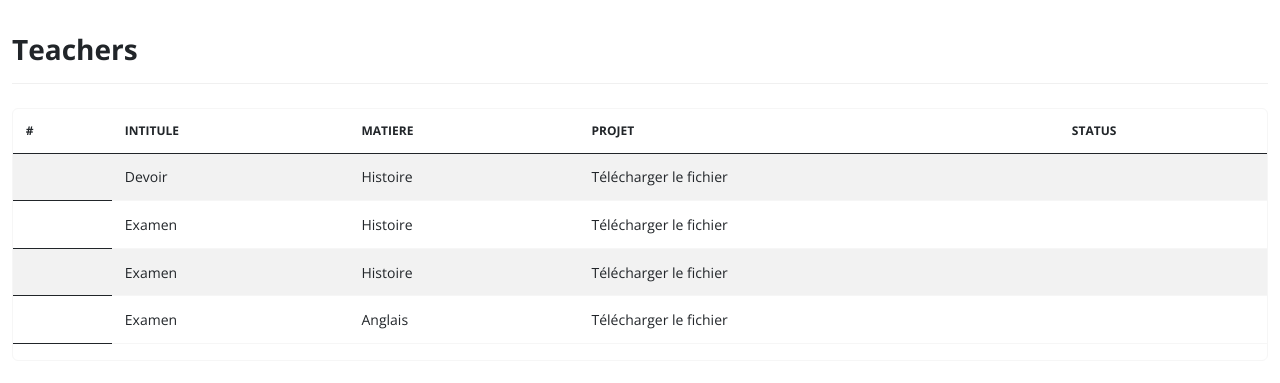
Repository: dimitri0004/Moodle
Page: http://localhost/enseignant/projet/
These files come from the project's save history. The page is drawn as it stood at one moment and after the next save; the edit follows.
The browser window is 1280 px wide. The pictures show the whole page.
The page is served by the project's application, run on Django 4.2 (manage.py). Other server files are loaded and not shown. The database holds what the project's SQL file puts in it.

Above is the page before, as saved 2023-08-18 00:48:52.
Console error: TypeError: Cannot set properties of null (setting 'innerHTML')

### templates/Enseignant/index.html
{% extends "base.html" %}
{% block content %}

<div class="body d-flex py-lg-3 py-md-2">
    <div class="container-xxl">
        <div class="row">
            <div class="col-md-12">
                <div class="card border-0 mb-4 no-bg">
                    <div class="card-header py-3 px-0 d-flex align-items-center  justify-content-between border-bottom">
                        <h3 class=" fw-bold flex-fill mb-0">Teachers</h3>
                        <div class="dropdown px-2">
                            <button class="btn btn-primary dropdown-toggle" type="button" id="dropdownMenuButton1" data-bs-toggle="dropdown" aria-expanded="false">
                                Subject
                            </button>
                            <ul class="dropdown-menu  dropdown-menu-end" aria-labelledby="dropdownMenuButton1">
                              <li><a class="dropdown-item" href="#">Engineering</a></li>
                              <li><a class="dropdown-item" href="#">Power and Energy</a></li>
                              <li><a class="dropdown-item" href="#">Civil Law</a></li>
                              <li><a class="dropdown-item" href="#">Legal Advice</a></li>
                              <li><a class="dropdown-item" href="#">Health and Fitness</a></li>
                              <li><a class="dropdown-item" href="#">Hospitality</a></li>
                              <li><a class="dropdown-item" href="#">Aviation</a></li>
                              <li><a class="dropdown-item" href="#">Drawing</a></li>
                            </ul>
                        </div>
                        <div class="dropdown">
                            <button class="btn btn-primary dropdown-toggle" type="button" id="dropdownMenuButton2" data-bs-toggle="dropdown" aria-expanded="false">
                                Status
                            </button>
                            <ul class="dropdown-menu  dropdown-menu-end" aria-labelledby="dropdownMenuButton1">
                              <li><a class="dropdown-item" href="#">All</a></li>
                              <li><a class="dropdown-item" href="#">online</a></li>
                              <li><a class="dropdown-item" href="#">Popular</a></li>
                            </ul>
                        </div>
                    </div>
                </div>
            </div>
        </div>
        <div class="">
            <div class="col">
                <div class="card teacher-card">

                    <table class="table table-striped">
                        <thead>
                          <tr>
                            <th scope="col">#</th>
                            <th scope="col">Intitule</th>
                            <th scope="col">Matiere</th>
                            <th scope="col">Projet</th>
                            <th scope="col">Status</th>
                          </tr>
                        </thead>
                        <tbody>
                            {% for projet in Projets %}
                            <tr>
                                <th scope="row">{{ loop.index  }}</th>
                                <td>{{ projet.intitule }}</td>
                                <td>{{ projet.matiere }}</td>
                                <td><a href="{{ projet.fichier.url }}" download>Télécharger le fichier</a>
                                <td>{{ projet.status }}</td>
                              </tr>
                            {% endfor %}


                        </tbody>
                      </table>

            </div>
        </div>
    </div>
</div>

<!-- Modal Members-->
<div class="modal fade" id="addUser" tabindex="-1" aria-labelledby="addUserLabel" aria-hidden="true">
    <div class="modal-dialog modal-dialog-centered modal-lg">
    <div class="modal-content">
        <div class="modal-header">
            <h5 class="modal-title  fw-bold" id="addUserLabel">Invite Friend's</h5>
            <button type="button" class="btn-close" data-bs-dismiss="modal" aria-label="Close"></button>
        </div>
        <div class="modal-body">
            <div class="inviteby_email">
                <div class="input-group mb-3">
                    <input type="text" class="form-control" placeholder="Members Invite" aria-label="Recipient's username" aria-describedby="button-addon2">
                    <button class="btn btn-dark" type="button" id="button-addon2">Members Invite</button>
                </div>
            </div>
            <div class="members_list">
                <h6 class="fw-bold ">Members of e-Learn</h6>
                <ul class="list-unstyled list-group list-group-custom list-group-flush mb-0">

                </ul>
            </div>
        </div>
    </div>
    </div>
</div>

{% endblock %}

### templates/base.html
{% load static %}
<!DOCTYPE html>
<html lang="en">
<head>
    <meta charset="UTF-8">
    <meta name="viewport" content="width=device-width, initial-scale=1.0">
    <title>Document</title>

    <link rel="icon" href="favicon.ico" type="image/x-icon"> <!-- Favicon-->

    <!-- plugin css file  -->
    <link rel="stylesheet" href="{% static 'assets/css/carousel.min.css' %}" />
    <!-- project css file  -->
    <link rel="stylesheet" href="{% static 'assets/css/e-learn.style.min.css' %}">
    <!-- Google Code  -->
    <script async src="https://www.googletagmanager.com/gtag/js?id=UA-264428387-1"></script>
    <script>
      window.dataLayer = window.dataLayer || [];
      function gtag(){dataLayer.push(arguments);}
      gtag('js', new Date());

      gtag('config', 'UA-264428387-1');
    </script>

    <script src="{% static 'assets/bundles/libscripts.bundle.js' %}"></script>

    <!-- Plugin Js-->
    <script src="{% static 'assets/bundles/carousel.bundle.js' %}"></script>
    <script src="{% static 'assets/bundles/apexcharts.bundle.js' %}"></script>

    <!-- Jquery Page Js -->
    <script src="{% static 'js/template.js' %}"></script>
    <script src="{% static 'js/page/elearn-index.js' %}"></script>
</head>
<body>
   {% if user.is_authenticated %}

    {% include "_partiels/nav.html" %}
   {% endif %}


    {% block content %}{% endblock %}
</body>
</html>

### AppEcole/models.py
from django.db import models
from django.contrib.auth.models import AbstractUser
class User(AbstractUser):
    ETUDIANT= " ETUDIANT"
    ENSEIGNANT="ENSEIGNANT"
    ADMINISTRATEUR=" ADMINISTRATEUR"

    ROLE_CHOICES = (
        ('ETUDIANT', 'Etudiant'),
        ('ENSEIGNANT', 'Enseignant'),
        ('ADMINISTRATEUR', 'Administrateur'),
    )

    role = models.CharField(max_length=30, choices=ROLE_CHOICES, verbose_name='Rôle')
    birthdate = models.DateField(null=True, blank=False)
    identifiant = models.CharField(max_length=20, null=True, blank=False)

    def __str__(self):
        return self.username

class Devoir(models.Model):

    STATUT_CHOICES = [
        ('en_cours', 'En cours'),
        ('soumis', 'Soumis'),
        ('corrigé', 'Corrige'),
        ('traité', 'Traite'),
        ('archivé', 'Archivé'),
    ]
    intitule=models.CharField(max_length=255)
    matiere=models.CharField(max_length=255)
    statut = models.CharField(max_length=20, choices=STATUT_CHOICES)
    projet = models.FileField(upload_to='projets')

    def __str__(self):
        return self.intitule


# Create your models here.

### AppEcole/views.py
from django.shortcuts import render,redirect
from django.core.validators import validate_email
from django.contrib.auth.models import User
from django.db.models import Q
from django.contrib.auth.decorators import login_required
from django.contrib.auth import authenticate, login, logout
from .forms import ProjetForm
from django.contrib.auth import get_user_model
from .models import Devoir

def index(request):
    return render(request,'index.html')

def inscription(request):
    error = False
    message = ""

    if request.method == "POST":
        username = request.POST.get('username')
        email = request.POST.get('email')
        nom = request.POST.get('nom')
        prenom = request.POST.get('prenom')
        password = request.POST.get('password')
        confirmePassword = request.POST.get('confirmePassword')
        role = request.POST.get('role')
        identifiant = request.POST.get('identifiant')
        date = request.POST.get('date')# Récupérer le rôle du formulaire

        try:
            validate_email(email)
        except:
            error = True
            message = "Entrer un email valide svp"

        User = get_user_model()  # Obtenir le modèle utilisateur personnalisé

        user = User.objects.filter(Q(email=email) | Q(username=username)).first()
        if user:
            error = True
            message = f"L'email {email} ou le nom d'utilisateur {nom} est déjà utilisé par un utilisateur"

        if password != confirmePassword:
            error = True
            message = "Les deux mots de passe ne sont pas identiques"

        if error == False:
            user = User(

                username=username,
                email=email,
                last_name=nom,
                first_name=prenom,
                identifiant=identifiant,
                role=role,
                birthdate=date# Enregistrer le rôle dans le modèle
            )
            user.set_password(password)
            user.save()
            return redirect('acceuil')

    context = {
        'error': error,
        'message': message
    }
    return render(request, 'Utilisateur/inscription.html', context)

def connexion(request):
    error=False
    message=""
    if request.method=="POST":

        email=request.POST.get('email', None)
        password=request.POST.get('password', None)

        User = get_user_model()
        user=User.objects.filter(email=email).first()
        if user:
            user=authenticate(username=user.username, password=password)
            if user:
                login(request, user)
                return redirect('acceuil')
            else:
                error=True
                message="mot de passe  incorrecte"
        else:
            error=True
            message="l'utilisateur n'existe pas"
    return render(request, 'Utilisateur/connexion.html', {'error':error, 'message':message})

def ajouter_projet(request):
    if request.method == 'POST':
        form = ProjetForm(request.POST, request.FILES)
        if form.is_valid():
            form.save()
            return redirect('ajouter_projet')  # Rediriger vers la liste des projets
    else:
        form = ProjetForm()

    context = {'form': form}
    return render(request, 'Enseignant/projet.html', context)

def liste_projets(request):
    projets = Devoir.objects.all()
    return render(request, 'Enseignant/index.html', {'Projets': projets})


def deconnexion(request):
    logout(request)
    return redirect('login')
# Create your views here.

### MoodleProject/urls.py
"""
URL configuration for MoodleProject project.

The `urlpatterns` list routes URLs to views. For more information please see:
    https://docs.djangoproject.com/en/4.2/topics/http/urls/
Examples:
Function views
    1. Add an import:  from my_app import views
    2. Add a URL to urlpatterns:  path('', views.home, name='home')
Class-based views
    1. Add an import:  from other_app.views import Home
    2. Add a URL to urlpatterns:  path('', Home.as_view(), name='home')
Including another URLconf
    1. Import the include() function: from django.urls import include, path
    2. Add a URL to urlpatterns:  path('blog/', include('blog.urls'))
"""
from django.contrib import admin
from django.urls import path,include
from django.conf import settings
from django.conf.urls.static import static


urlpatterns = [
    path('admin/', admin.site.urls),
    path('', include('AppEcole.urls')),
]
if settings.DEBUG:
    urlpatterns += static(settings.MEDIA_URL,
    document_root=settings.MEDIA_ROOT)

### AppEcole/urls.py
from django.urls import path
from .views import index, inscription, connexion,ajouter_projet,deconnexion,liste_projets
urlpatterns = [
    path('acceuil', index, name='acceuil'),
    path('inscription/', inscription, name='register'),
    path('', connexion, name='login'),
    path('deconnexion/', deconnexion, name='logout'),
    path('enseignant/projet/ajouter', ajouter_projet, name='ajouter_projet'),
    path('enseignant/projet/', liste_projets, name='liste_projet'),


]

### static/assets/css/carousel.min.css
.owl-carousel,.owl-carousel .owl-item{-webkit-tap-highlight-color:transparent;position:relative}.owl-carousel{display:none;width:100%;z-index:1}.owl-carousel .owl-stage{position:relative;-ms-touch-action:pan-Y;-moz-backface-visibility:hidden}.owl-carousel .owl-stage:after{content:".";display:block;clear:both;visibility:hidden;line-height:0;height:0}.owl-carousel .owl-stage-outer{position:relative;overflow:hidden;-webkit-transform:translate3d(0, 0, 0)}.owl-carousel .owl-item,.owl-carousel .owl-wrapper{-webkit-backface-visibility:hidden;-moz-backface-visibility:hidden;-ms-backface-visibility:hidden;-webkit-transform:translate3d(0, 0, 0);-moz-transform:translate3d(0, 0, 0);-ms-transform:translate3d(0, 0, 0)}.owl-carousel .owl-item{min-height:1px;float:left;-webkit-backface-visibility:hidden;-webkit-touch-callout:none}.owl-carousel .owl-item img{display:block;width:100%}.owl-carousel .owl-dots.disabled,.owl-carousel .owl-nav.disabled{display:none}.no-js .owl-carousel,.owl-carousel.owl-loaded{display:block}.owl-carousel .owl-dot,.owl-carousel .owl-nav .owl-next,.owl-carousel .owl-nav .owl-prev{cursor:pointer;cursor:hand;-webkit-user-select:none;-khtml-user-select:none;-moz-user-select:none;-ms-user-select:none;user-select:none}.owl-carousel.owl-loading{opacity:0;display:block}.owl-carousel.owl-hidden{opacity:0}.owl-carousel.owl-refresh .owl-item{visibility:hidden}.owl-carousel.owl-drag .owl-item{-webkit-user-select:none;-moz-user-select:none;-ms-user-select:none;user-select:none}.owl-carousel.owl-grab{cursor:move;cursor:grab}.owl-carousel.owl-rtl{direction:rtl}.owl-carousel.owl-rtl .owl-item{float:right}.owl-carousel .animated{animation-duration:1s;animation-fill-mode:both}.owl-carousel .owl-animated-in{z-index:0}.owl-carousel .owl-animated-out{z-index:1}.owl-carousel .fadeOut{animation-name:fadeOut}@keyframes fadeOut{0%{opacity:1}100%{opacity:0}}.owl-height{transition:height .5s ease-in-out}.owl-carousel .owl-item .owl-lazy{opacity:0;transition:opacity .4s ease}.owl-carousel .owl-item img.owl-lazy{transform-style:preserve-3d}.owl-carousel .owl-video-wrapper{position:relative;height:100%;background:#000}.owl-carousel .owl-video-play-icon{position:absolute;height:80px;width:80px;left:50%;top:50%;margin-left:-40px;margin-top:-40px;background:url(owl.video.play.html) no-repeat;cursor:pointer;z-index:1;-webkit-backface-visibility:hidden;transition:transform .1s ease}.owl-carousel .owl-video-play-icon:hover{-ms-transform:scale(1.3, 1.3);transform:scale(1.3, 1.3)}.owl-carousel .owl-video-playing .owl-video-play-icon,.owl-carousel .owl-video-playing .owl-video-tn{display:none}.owl-carousel .owl-video-tn{opacity:0;height:100%;background-position:center center;background-repeat:no-repeat;background-size:contain;transition:opacity .4s ease}.owl-carousel .owl-video-frame{position:relative;z-index:1;height:100%;width:100%}

### static/js/template.js
if (typeof jQuery === "undefined") {
    throw new Error("jQuery plugins need to be before this file");
}

$(function() {
    "use strict";

    // main sidebar toggle js
    $('.menu-toggle').on('click', function () {
        $('.sidebar').toggleClass('open');
        $('.open').removeClass('sidebar-mini');
    });

    // layout a sidebar mini version
    $('.sidebar-mini-btn').on('click', function () {
        $('.sidebar').toggleClass('sidebar-mini');
        $('.sidebar-mini').removeClass('open');
    });

    // chat page chatlist toggle js
    $('.chatlist-toggle').on('click', function () {
        $('.card-chat').toggleClass('open');
    });

    $(".theme-rtl input").on('change',function() {
        if(this.checked) {
            $("body").addClass('rtl_mode');
        }else{
            $("body").removeClass('rtl_mode');
        }

    });

    // cSidebar overflow daynamic height

    overFlowDynamic();

    $(window).resize(function(){
        overFlowDynamic();
    });

    function overFlowDynamic(){
        var sideheight=$(".sidebar.sidebar-mini").height() + 48;

        if(sideheight <= 760) {
            $(".sidebar.sidebar-mini").css( "overflow", "scroll");
        }
        else{
            $(".sidebar.sidebar-mini").css( "overflow", "visible");
        }
    }


    // Dropdown scroll hide using table responsive

    $('.table-responsive').on('show.bs.dropdown', function () {
        $('.table-responsive').css( "overflow", "inherit" );
    });

    $('.table-responsive').on('hide.bs.dropdown', function () {
            $('.table-responsive').css( "overflow", "auto" );
    })

    // light and dark theme setting js
    var toggleSwitch = document.querySelector('.theme-switch input[type="checkbox"]');
    var toggleHcSwitch = document.querySelector('.theme-high-contrast input[type="checkbox"]');
    var currentTheme = localStorage.getItem('theme');
    if (currentTheme) {
        document.documentElement.setAttribute('data-theme', currentTheme);

        if (currentTheme === 'dark') {
            toggleSwitch.checked = true;
        }
        if (currentTheme === 'high-contrast') {
            toggleHcSwitch.checked = true;
            toggleSwitch.checked = false;
        }
    }
    function switchTheme(e) {
        if (e.target.checked) {
            document.documentElement.setAttribute('data-theme', 'dark');
            localStorage.setItem('theme', 'dark');
            $('.theme-high-contrast input[type="checkbox"]').prop("checked", false);
        }
        else {
            document.documentElement.setAttribute('data-theme', 'light');
            localStorage.setItem('theme', 'light');
        }
    }
    toggleSwitch.addEventListener('change', switchTheme, false);
    // end
});

// live support team js
$(function() {
    "use strict";
    var Tawk_API=Tawk_API||{}, Tawk_LoadStart=new Date();
    (function(){
        var s1=document.createElement("script"),s0=document.getElementsByTagName("script")[0];
        s1.async=true;
        s1.src='https://embed.tawk.to/6051a040f7ce18270930e55a/1f0vdjvfu';
        s1.charset='UTF-8';
        s1.setAttribute('crossorigin','*');
        s0.parentNode.insertBefore(s1,s0);
    })();
});

### static/js/page/elearn-index.js
if (typeof jQuery === "undefined") {
    throw new Error("jQuery plugins need to be before this file");
}
$(function() {
    "use strict";
    var tooltipTriggerList = [].slice.call(document.querySelectorAll('[data-bs-toggle="tooltip"]'))
    var tooltipList = tooltipTriggerList.map(function (tooltipTriggerEl) {
        return new bootstrap.Tooltip(tooltipTriggerEl)
    })

    /*****Owl Slider************/
    $(document).ready(function(){
        $('.owl-carouselone').owlCarousel({
            stagePadding: 30,
            loop:true,
            margin:10,
            nav:true,
            navText: ["<img src='../dist/assets/images/stylish-left.png'>","<img src='../dist/assets/images/stylish-right.png'>"],
            responsive:{
                0:{
                    items:1
                },
                480:{
                    items:3
                },
                600:{
                    items:3
                },
                740:{
                    items:6
                },
                1000:{
                    items:2
                },
                1100:{
                    items:3
                },
                1400:{
                    items:3
                },
                1500:{
                    items:4
                }
            }
        })

        $('.owl-carouseltwo').owlCarousel({
            loop:true,
            margin:5,
            autoplay:true,
            autoplayTimeout:4000,
            autoplayHoverPause:true,
            responsive:{
                0:{
                    items:1
                },
                480:{
                    items:1
                },
                600:{
                    items:1
                },
                1000:{
                    items:2
                },
                1100:{
                    items:2
                },
                1400:{
                    items:3
                }
            }
        })
    });

    // basic-column
    $(document).ready(function() {
        var options = {
            chart: {
                height: 350,
                type: 'bar',
            },
            colors: ['var(--chart-color1)', 'var(--chart-color2)', 'var(--chart-color4)'],
            plotOptions: {
                bar: {
                    horizontal: false,
                    columnWidth: '55%',
                    endingShape: 'rounded'
                },
            },
            dataLabels: {
                enabled: false
            },
            stroke: {
                show: true,
                width: 2,
                colors: ['transparent']
            },
            series: [{
                name: 'Listening',
                data: [44, 55, 57, 56, 61, 58, 63, 60, 66]
            }, {
                name: 'Writing',
                data: [76, 85, 101, 98, 87, 105, 91, 114, 94]
            }, {
                name: 'Video View',
                data: [35, 41, 36, 26, 45, 48, 52, 53, 41]
            }],
            xaxis: {
                categories: ['Feb', 'Mar', 'Apr', 'May', 'Jun', 'Jul', 'Aug', 'Sep', 'Oct'],
            },
            yaxis: {
                title: {
                    text: ''
                }
            },
            fill: {
                opacity: 1

            },
            tooltip: {
                y: {
                    formatter: function (val) {
                        return "$ " + val + " thousands"
                    }
                }
            }
        }

        var chart = new ApexCharts(
            document.querySelector("#apex-basic-column"),
            options
        );

        chart.render();
    });


});
/*****digital-clock************/
function date_time(id){
    date = new Date;
    h = date.getHours();
    if(h<10)
    {
            h = "0"+h;
    }
    m = date.getMinutes();
    if(m<10)
    {
            m = "0"+m;
    }
    s = date.getSeconds();
    if(s<10)
    {
            s = "0"+s;
    }
    document.getElementById("s").innerHTML = ''+s;
    document.getElementById("m").innerHTML = ''+m;
    document.getElementById("h").innerHTML = ''+h;
    setTimeout('date_time("'+"s"+'");','1000');
    return true;
}
window.onload = date_time('s');

### moodle.sql (the tables this page reads)
CREATE TABLE `appecole_devoir` (
  `id` bigint(20) NOT NULL,
  `intitule` varchar(255) NOT NULL,
  `matiere` varchar(255) NOT NULL,
  `statut` varchar(20) NOT NULL,
  `projet` varchar(100) NOT NULL
) ENGINE=InnoDB DEFAULT CHARSET=utf8mb4;

INSERT INTO `appecole_devoir` (`id`, `intitule`, `matiere`, `statut`, `projet`) VALUES
(3, 'Devoir', 'Histoire', 'soumis', 'projets/api.txt'),
(5, 'Examen', 'Histoire', 'archivé', 'projets/rose_oPjV7Xt.xlsx'),
(6, 'Examen', 'Histoire', 'corrigé', 'projets/wordpress.txt'),
(7, 'Examen', 'Anglais', 'en_cours', 'projets/9ddd859d-fb28-4d27-b879-5b210936f2cb.jpg');

ALTER TABLE `appecole_devoir`
  ADD PRIMARY KEY (`id`);

ALTER TABLE `appecole_devoir`
  MODIFY `id` bigint(20) NOT NULL AUTO_INCREMENT, AUTO_INCREMENT=8;

Loaded but not shown: static/assets/css/e-learn.style.min.css (library); static/assets/bundles/libscripts.bundle.js (library); static/assets/bundles/carousel.bundle.js (library); static/assets/bundles/apexcharts.bundle.js (library)

After the next save:
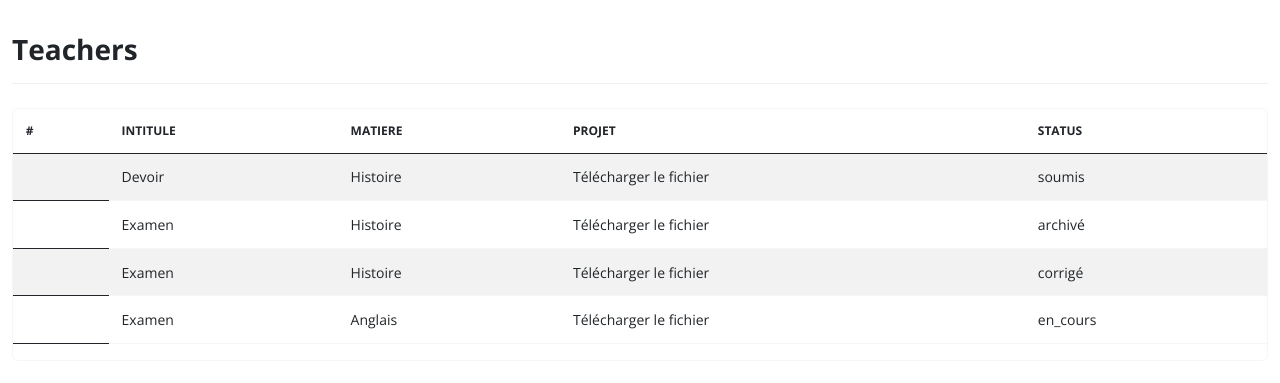
Saved 48 s later.
--- a/templates/Enseignant/index.html
+++ b/templates/Enseignant/index.html
@@ -58,7 +58,7 @@
                                 <td>{{ projet.intitule }}</td>
                                 <td>{{ projet.matiere }}</td>
                                 <td><a href="{{ projet.fichier.url }}" download>Télécharger le fichier</a>
-                                <td>{{ projet.status }}</td>
+                                <td>{{ projet.statut }}</td>
                               </tr>
                             {% endfor %}
 
